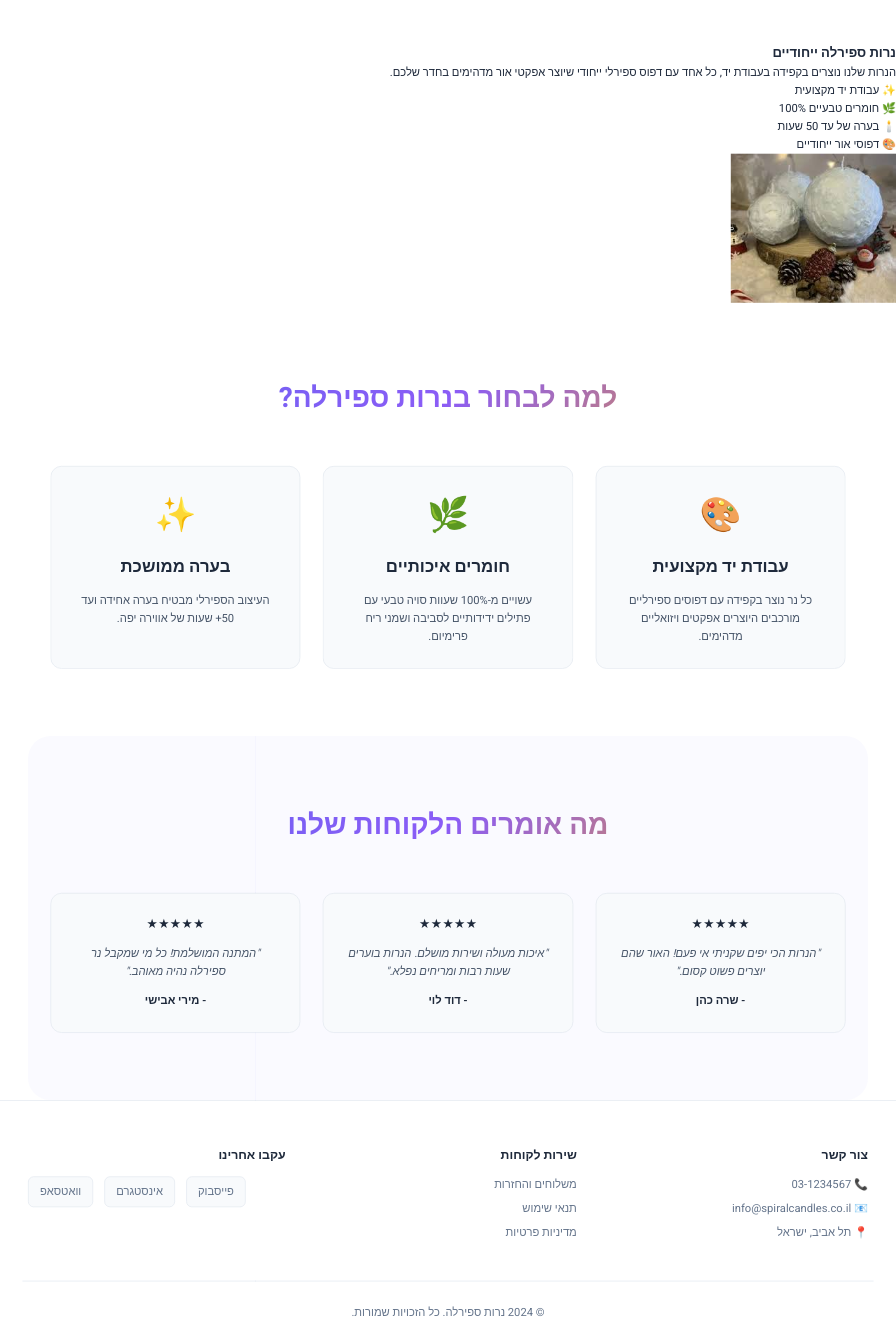
Repository: AvitaRoi/spiralcandles
Page: index.html
The author's editor kept a copy of each file at every save. The page is drawn from the files as they stood at one save, then again after the next save.
The browser window is 1280 px wide. The pictures show the part of the page from y = 852 to 2772 px (the page is 2772 px tall before and 2482 px after), at 70% of full size.

Above is the page before, as saved 2025-09-21 20:03:11.

### index.html
<!DOCTYPE html>
<html lang="he" dir="rtl">
<head>
    <meta charset="UTF-8">
    <meta name="viewport" content="width=device-width, initial-scale=1.0">
    <title>נרות ספירלה - חנות הנרות המיוחדת</title>
    <link rel="stylesheet" href="styles.css">
    <link href="https://fonts.googleapis.com/css2?family=Heebo:wght@300;400;500;600;700&display=swap" rel="stylesheet">
</head>
<body>
    <div class="container">
        <!-- Header -->
        <header class="header">
            <div class="nav-container">
                <div class="logo">
                    <span class="logo-text">נרות ספירלה</span>
                </div>
                <nav class="main-nav">
                    <a href="#products">מוצרים</a>
                    <a href="#about">אודות</a>
                    <a href="#contact">צור קשר</a>
                    <div class="cart-icon">
                        <svg width="24" height="24" viewBox="0 0 24 24" fill="none">
                            <path d="M3 3H5L5.4 5M7 13H17L21 5H5.4M7 13L5.4 5M7 13L4.7 15.3C4.3 15.7 4.6 16.5 5.1 16.5H17M17 13V17C17 18.1 16.1 19 15 19H9C7.9 19 7 18.1 7 17V13H17Z" stroke="currentColor" stroke-width="2" stroke-linecap="round" stroke-linejoin="round"/>
                        </svg>
                        <span class="cart-count">0</span>
                    </div>
                </nav>
            </div>
        </header>

        <!-- Hero Section -->
        <main class="hero">
            <div class="hero-content">
                <div class="hero-badge">
                    בקרוב
                </div>
                <h1 class="hero-title">
                    האירו את הבית שלכם עם <br>
                    <span class="gradient-text">נרות ספירלה בעבודת יד</span>
                </h1>
                <p class="hero-description">
                    חוו את השילוב המושלם של אמנות ואווירה. הנרות הספירליים הייחודיים שלנו
                    יוצרים דפוסי אור מהפנטים ומקיפים את המרחב שלכם בריחות פרימיום.
                </p>

                <!-- Waitlist Form -->
                <div class="waitlist-form">
                    <form id="waitlist-signup" class="form">
                        <div class="input-group">
                            <input
                                type="email"
                                id="email"
                                placeholder="הכניסו את כתובת המייל שלכם"
                                required
                                class="email-input"
                            >
                            <button type="submit" class="submit-btn">
                                הצטרפו לרשימת ההמתנה
                                <svg class="arrow-icon" width="16" height="16" viewBox="0 0 16 16" fill="none">
                                    <path d="M8 0L9.41 1.41L3.83 7H16V9H3.83L9.41 14.59L8 16L0 8L8 0Z" fill="currentColor"/>
                                </svg>
                            </button>
                        </div>
                    </form>

                    <div class="success-message" id="success-message">
                        <svg class="check-icon" width="20" height="20" viewBox="0 0 20 20" fill="none">
                            <circle cx="10" cy="10" r="10" fill="#10B981"/>
                            <path d="M6 10L8.5 12.5L14 7" stroke="white" stroke-width="2" stroke-linecap="round" stroke-linejoin="round"/>
                        </svg>
                        <span>תודה! נוסף לרשימה. נעדכן אתכם כשנשיק.</span>
                    </div>
                </div>

                <!-- Social Proof -->
                <div class="social-proof">
                    <span class="counter">2,847</span>
                    <span class="counter-text">אנשים כבר נרשמו</span>
                </div>
            </div>

            <!-- Hero Visual -->
            <div class="hero-visual">
                <div class="product-image-container">
                    <img src="/Users/roiavita/Desktop/Roi/Finalle/spiralcandles/public/main-candle-1.jpeg"
                         alt="נר ספירלה בעבודת יד"
                         class="main-product-image">
                </div>
            </div>
        </main>

        <!-- Preview Section -->
        <section class="preview-section" id="preview">
            <h2 class="section-title">קצת על המוצר</h2>
            <div class="preview-content">
                <div class="preview-text">
                    <h3>נרות ספירלה ייחודיים</h3>
                    <p>הנרות שלנו נוצרים בקפידה בעבודת יד, כל אחד עם דפוס ספירלי ייחודי שיוצר אפקטי אור מדהימים בחדר שלכם.</p>
                    <ul class="feature-list">
                        <li>✨ עבודת יד מקצועית</li>
                        <li>🌿 חומרים טבעיים 100%</li>
                        <li>🕯️ בערה של עד 50 שעות</li>
                        <li>🎨 דפוסי אור ייחודיים</li>
                    </ul>
                </div>
                <div class="preview-image">
                    <img src="/Users/roiavita/Desktop/Roi/Finalle/spiralcandles/public/main-candle-1.jpeg"
                         alt="פרטי נר ספירלה"
                         class="detail-image">
                </div>
            </div>
        </section>

        <!-- Features Section -->
        <section class="features" id="about">
            <h2 class="features-title">למה לבחור בנרות ספירלה?</h2>
            <div class="features-grid">
                <div class="feature-card">
                    <div class="feature-icon">🎨</div>
                    <h3>עבודת יד מקצועית</h3>
                    <p>כל נר נוצר בקפידה עם דפוסים ספירליים מורכבים היוצרים אפקטים ויזואליים מדהימים.</p>
                </div>
                <div class="feature-card">
                    <div class="feature-icon">🌿</div>
                    <h3>חומרים איכותיים</h3>
                    <p>עשויים מ-100% שעוות סויה טבעי עם פתילים ידידותיים לסביבה ושמני ריח פרימיום.</p>
                </div>
                <div class="feature-card">
                    <div class="feature-icon">✨</div>
                    <h3>בערה ממושכת</h3>
                    <p>העיצוב הספירלי מבטיח בערה אחידה ועד 50+ שעות של אווירה יפה.</p>
                </div>
            </div>
        </section>

        <!-- Testimonials -->
        <section class="testimonials">
            <h2 class="section-title">מה אומרים הלקוחות שלנו</h2>
            <div class="testimonials-grid">
                <div class="testimonial-card">
                    <div class="rating">★★★★★</div>
                    <p>"הנרות הכי יפים שקניתי אי פעם! האור שהם יוצרים פשוט קסום."</p>
                    <div class="customer-name">- שרה כהן</div>
                </div>
                <div class="testimonial-card">
                    <div class="rating">★★★★★</div>
                    <p>"איכות מעולה ושירות מושלם. הנרות בוערים שעות רבות ומריחים נפלא."</p>
                    <div class="customer-name">- דוד לוי</div>
                </div>
                <div class="testimonial-card">
                    <div class="rating">★★★★★</div>
                    <p>"המתנה המושלמת! כל מי שמקבל נר ספירלה נהיה מאוהב."</p>
                    <div class="customer-name">- מירי אבישי</div>
                </div>
            </div>
        </section>

        <!-- Footer -->
        <footer class="footer" id="contact">
            <div class="footer-content">
                <div class="footer-section">
                    <h4>צור קשר</h4>
                    <p>📞 03-1234567</p>
                    <p>📧 info@spiralcandles.co.il</p>
                    <p>📍 תל אביב, ישראל</p>
                </div>
                <div class="footer-section">
                    <h4>שירות לקוחות</h4>
                    <a href="#">משלוחים והחזרות</a>
                    <a href="#">תנאי שימוש</a>
                    <a href="#">מדיניות פרטיות</a>
                </div>
                <div class="footer-section">
                    <h4>עקבו אחרינו</h4>
                    <div class="social-links">
                        <a href="#">פייסבוק</a>
                        <a href="#">אינסטגרם</a>
                        <a href="#">וואטסאפ</a>
                    </div>
                </div>
            </div>
            <div class="footer-bottom">
                <p>&copy; 2024 נרות ספירלה. כל הזכויות שמורות.</p>
            </div>
        </footer>
    </div>

    <script src="script.js"></script>
</body>
</html>

Loaded but not shown: script.js (501 lines, source omitted); styles.css (871 lines, source omitted)

After the next save:
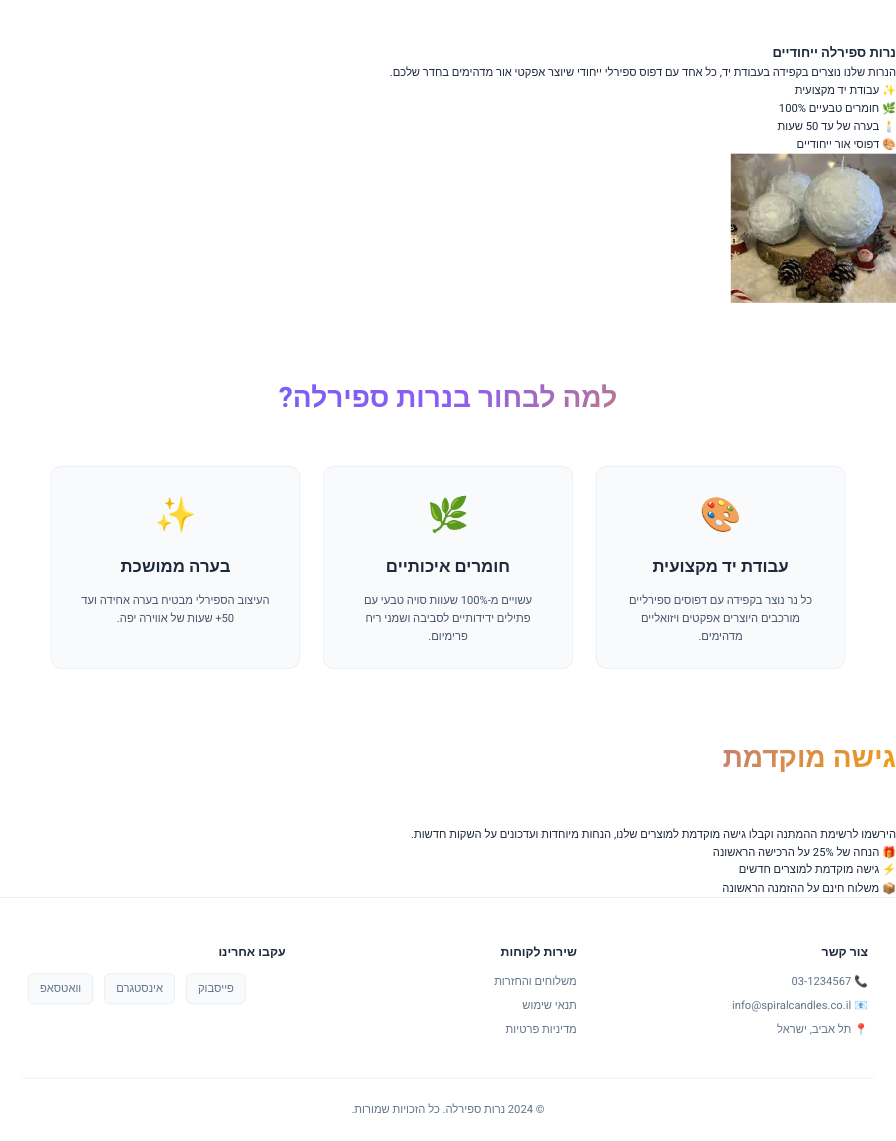
Saved 23 s later.
--- a/index.html
+++ b/index.html
@@ -134,24 +134,27 @@
             </div>
         </section>
 
-        <!-- Testimonials -->
-        <section class="testimonials">
-            <h2 class="section-title">מה אומרים הלקוחות שלנו</h2>
-            <div class="testimonials-grid">
-                <div class="testimonial-card">
-                    <div class="rating">★★★★★</div>
-                    <p>"הנרות הכי יפים שקניתי אי פעם! האור שהם יוצרים פשוט קסום."</p>
-                    <div class="customer-name">- שרה כהן</div>
-                </div>
-                <div class="testimonial-card">
-                    <div class="rating">★★★★★</div>
-                    <p>"איכות מעולה ושירות מושלם. הנרות בוערים שעות רבות ומריחים נפלא."</p>
-                    <div class="customer-name">- דוד לוי</div>
-                </div>
-                <div class="testimonial-card">
-                    <div class="rating">★★★★★</div>
-                    <p>"המתנה המושלמת! כל מי שמקבל נר ספירלה נהיה מאוהב."</p>
-                    <div class="customer-name">- מירי אבישי</div>
+        <!-- Early Access -->
+        <section class="early-access">
+            <div class="early-access-content">
+                <h2 class="section-title">גישה מוקדמת</h2>
+                <p class="early-access-description">
+                    הירשמו לרשימת ההמתנה וקבלו גישה מוקדמת למוצרים שלנו,
+                    הנחות מיוחדות ועדכונים על השקות חדשות.
+                </p>
+                <div class="benefits-list">
+                    <div class="benefit-item">
+                        <span class="benefit-icon">🎁</span>
+                        <span>הנחה של 25% על הרכישה הראשונה</span>
+                    </div>
+                    <div class="benefit-item">
+                        <span class="benefit-icon">⚡</span>
+                        <span>גישה מוקדמת למוצרים חדשים</span>
+                    </div>
+                    <div class="benefit-item">
+                        <span class="benefit-icon">📦</span>
+                        <span>משלוח חינם על ההזמנה הראשונה</span>
+                    </div>
                 </div>
             </div>
         </section>
